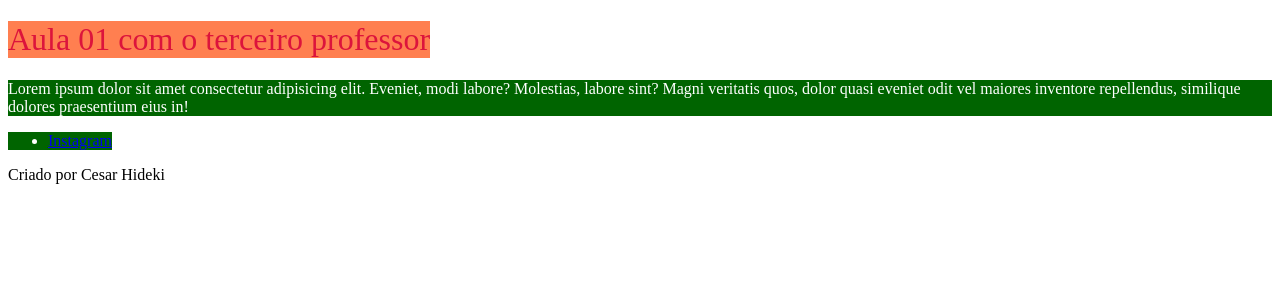
Repository: geracao-11/aula-01-pt2
Page: index.html
An editor plug-in stored every save of this project. The page is shown before and after a run of saves, followed by the edit.
The browser window is 1280 px wide. The pictures show the whole page.

Above is the page before, as saved 2025-04-09 10:23:04.

After the next 2 saves:
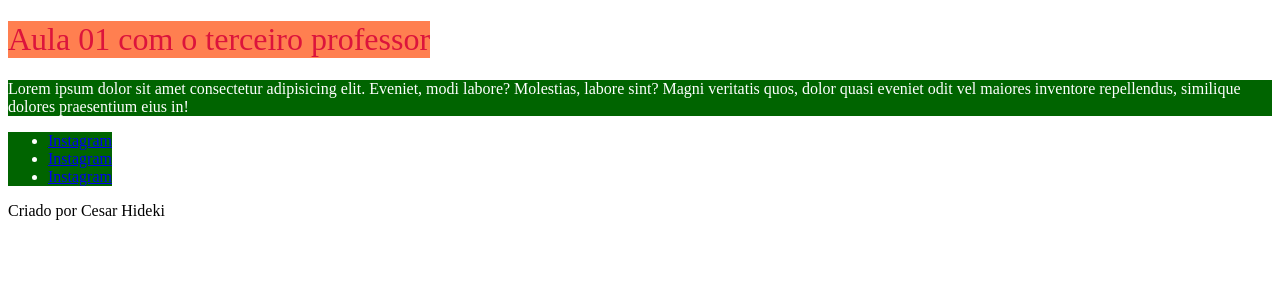
The 2 saves are shown as one change because they came seconds apart.
The last was saved 17 s later.
--- a/index.html
+++ b/index.html
@@ -18,6 +18,12 @@
             <li>
                 <a href="https://www.instagram.com/">Instagram</a>
             </li>
+            <li>
+                <a href="https://www.instagram.com/">Instagram</a>
+            </li>
+            <li>
+                <a href="https://www.instagram.com/">Instagram</a>
+            </li>
         </ul>
       </div>
     </main>
